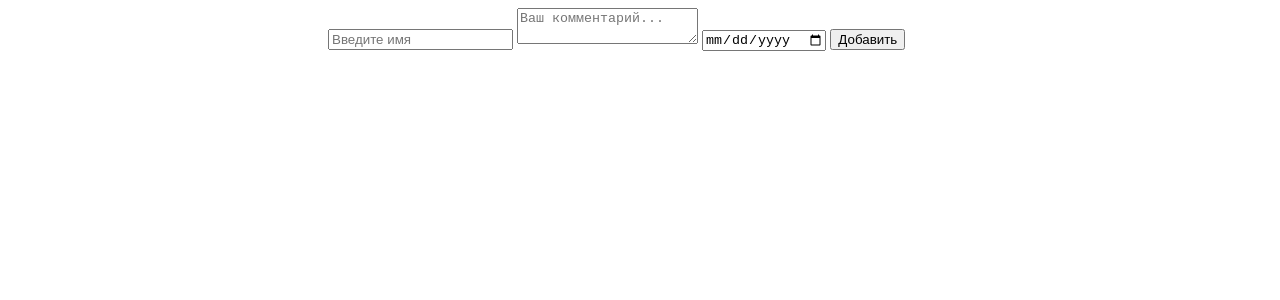
Repository: Grid-Master/commentList
Page: index.html
An editor plug-in stored every save of this project. The page is shown before and after the next save, followed by the edit.
The browser window is 1280 px wide. The pictures show the whole page.

Above is the page before, as saved 2023-03-06 21:38:17.

After the next save:
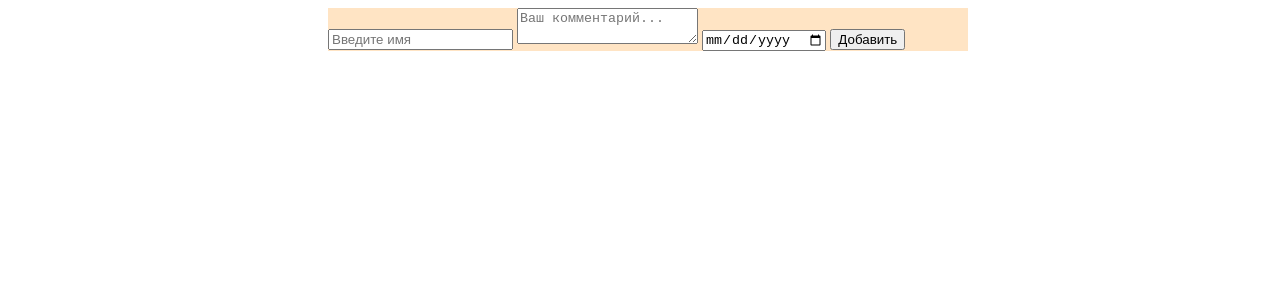
Saved 11 s later.
--- a/index.html
+++ b/index.html
@@ -9,6 +9,7 @@
       form {
         width: 50vw;
         margin-left: 25vw;
+        background-color: bisque;
       }
     </style>
   </head>
